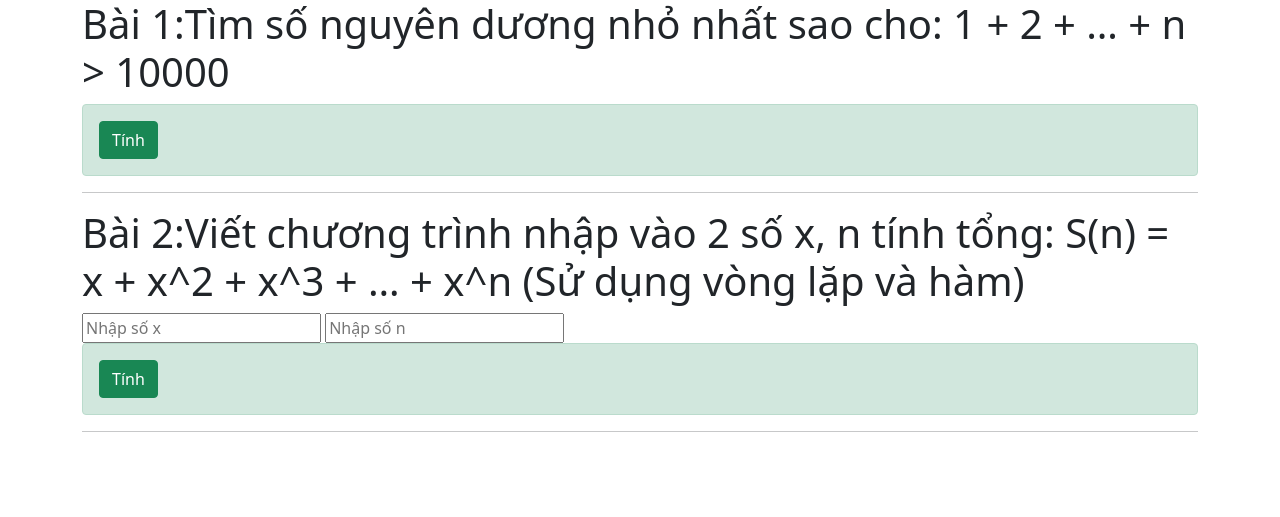
Repository: qkhanh1104k/Js-buoi6_vonglap
Page: index.html
These files come from the project's save history. The page is drawn as it stood at one moment and after the next save; the edit follows.
The browser window is 1280 px wide. The pictures show the whole page.

Above is the page before, as saved 2022-07-21 13:11:43.

After the next save:
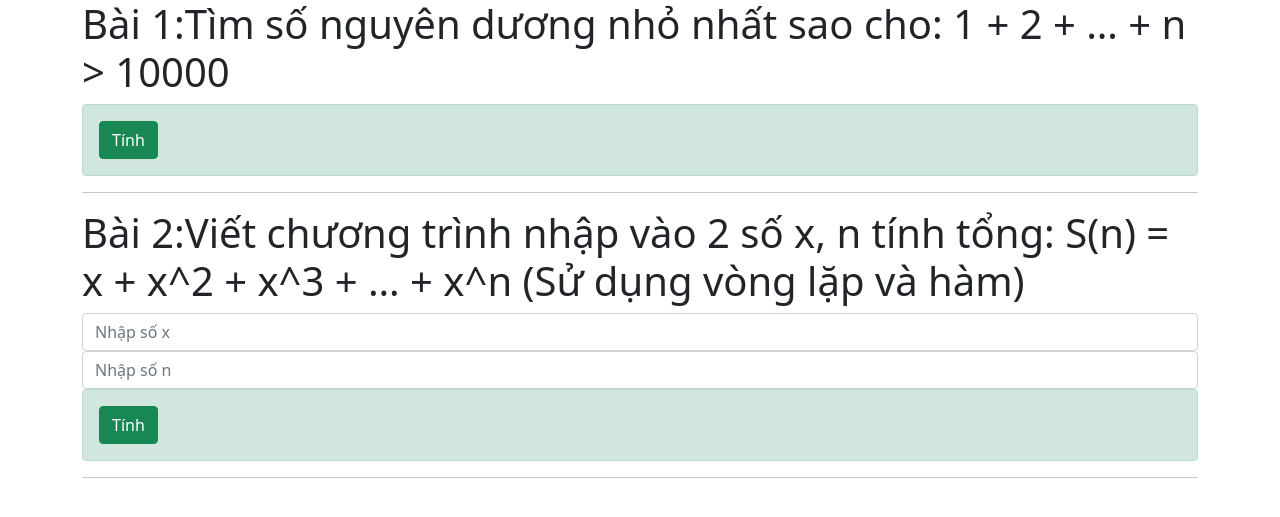
Saved 3 min 47 s later.
--- a/index.html
+++ b/index.html
@@ -26,9 +26,9 @@
         x^3 + … + x^n (Sử dụng vòng lặp và hàm)
       </h1>
       <div>
-        <input type="text" id="txtNumBt21" placeholder="Nhập số x">
-        <input type="text" id="txtNumBt22" placeholder="Nhập số n">
-          <div class="alert alert-success" id="resultBt2">
+        <input type="text" id="txtNumBt21" class="form-control" placeholder="Nhập số x">
+        <input type="text" id="txtNumBt22" class="form-control" placeholder="Nhập số n">
+          <div class="alert alert-success" id="resBt2">
             <button class="btn btn-success" onclick="demoWhile2()">Tính</button>
           </div>
       </div>
